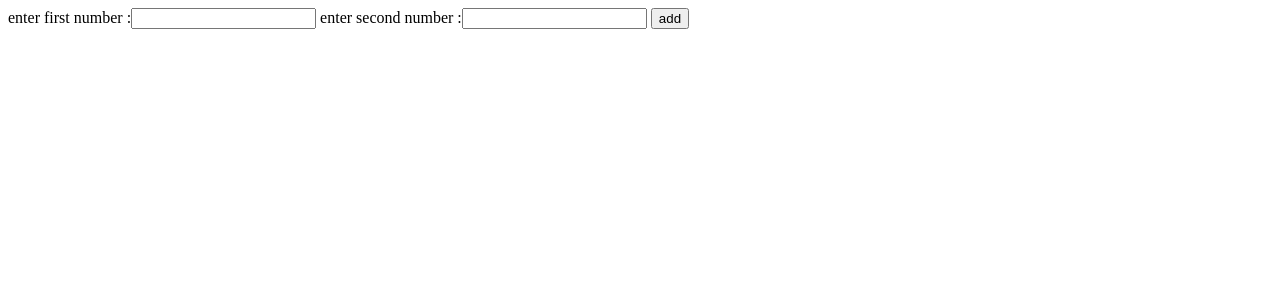
Repository: Akashbh011/Servlet-JSP
Page: demoApp1/src/main/webapp/index.html
These files come from the project's save history. The page is drawn as it stood at one moment and after the next save; the edit follows.
The browser window is 1280 px wide. The pictures show the whole page.

Above is the page before, as saved 2025-10-04 10:53:23.

After the next save:
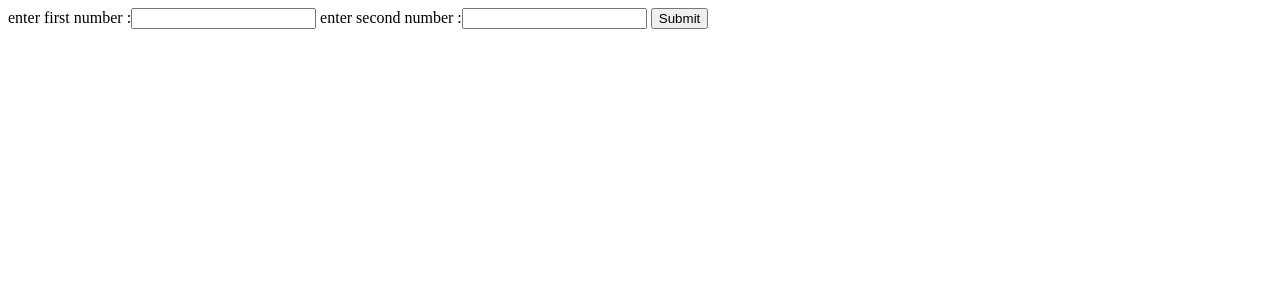
Saved 2 min 54 s later.
--- a/demoApp1/src/main/webapp/index.html
+++ b/demoApp1/src/main/webapp/index.html
@@ -9,7 +9,7 @@
 	<form action="add.jsp" method = "get">
 		enter first number :<input type="text" name ="num1">
 		enter second number :<input type = "text" name ="num2">
-		<input type = "submit" value="add">
+		<input type = "submit" >
 	</form>
 </body>
 </html>
